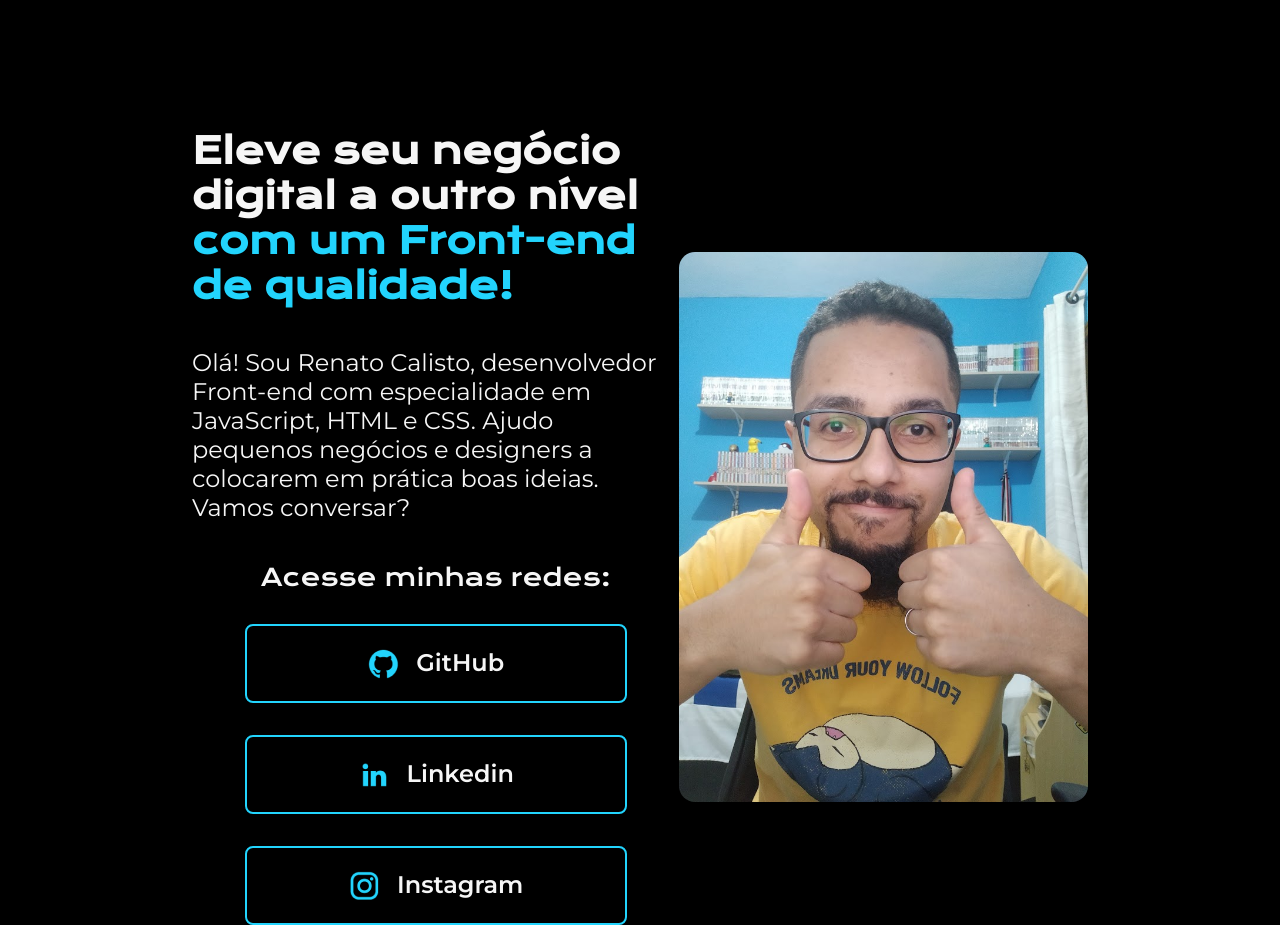
Repository: RenatoCCS/Portfolio_Alura
Page: index.html
An editor plug-in stored every save of this project. The page is shown before and after the next save, followed by the edit.
The browser window is 1280 px wide. The pictures show the whole page.

Above is the page before, as saved 2023-02-28 20:20:11.

After the next save:
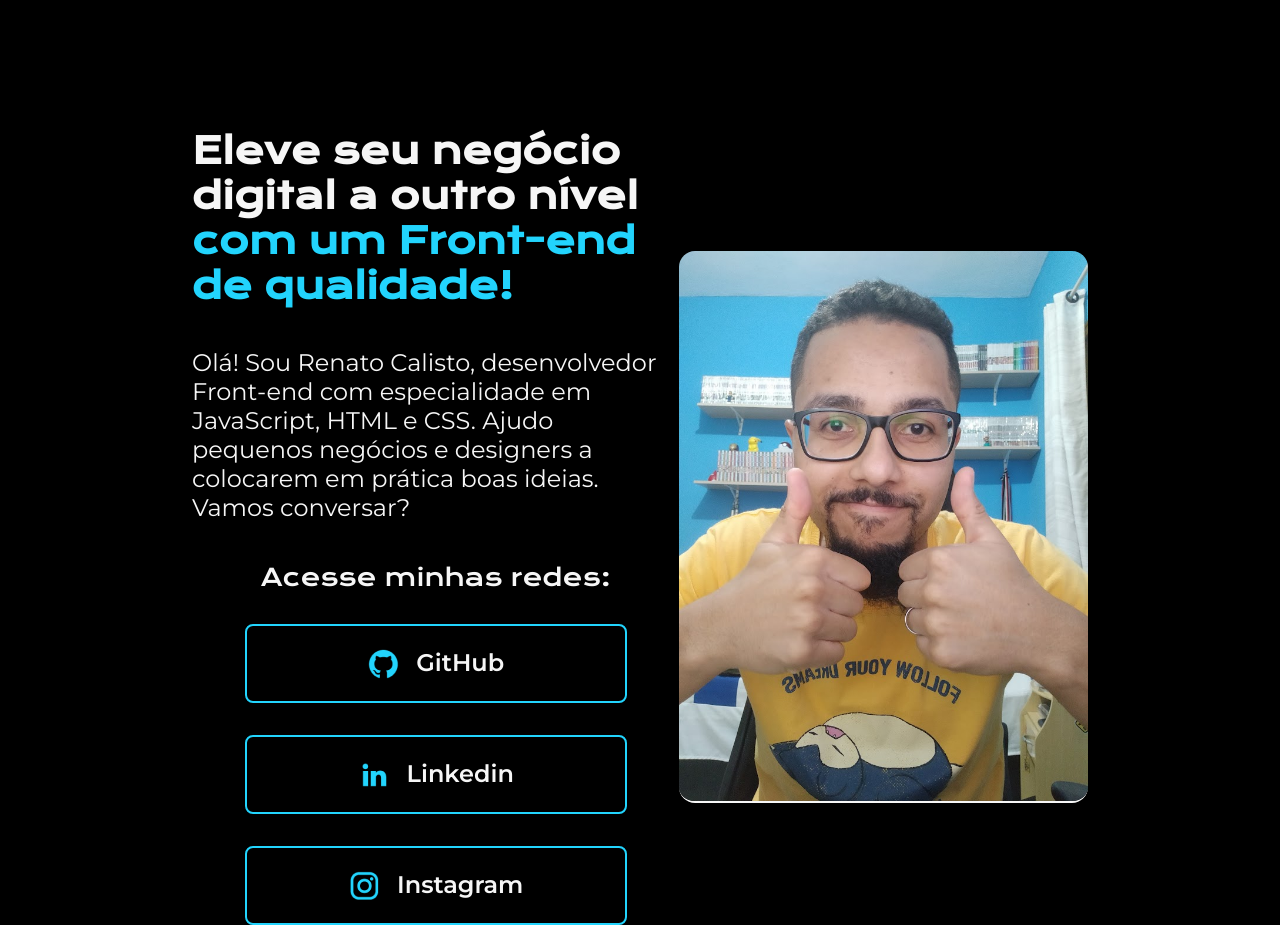
Saved 3 min 54 s later.
--- a/style.css
+++ b/style.css
@@ -83,3 +83,13 @@ body {
   top: 253px;
   border-radius: 16px;
 }
+
+.apresentacao__foto {
+  background-color: #272727;
+  border-top: none;
+  border-left: none;
+  border-right: none;
+  border-bottom: 2px solid #f6f6f6;
+  transition-delay: 0.2s;
+  transition: 0.5s;
+}

After the save that followed:
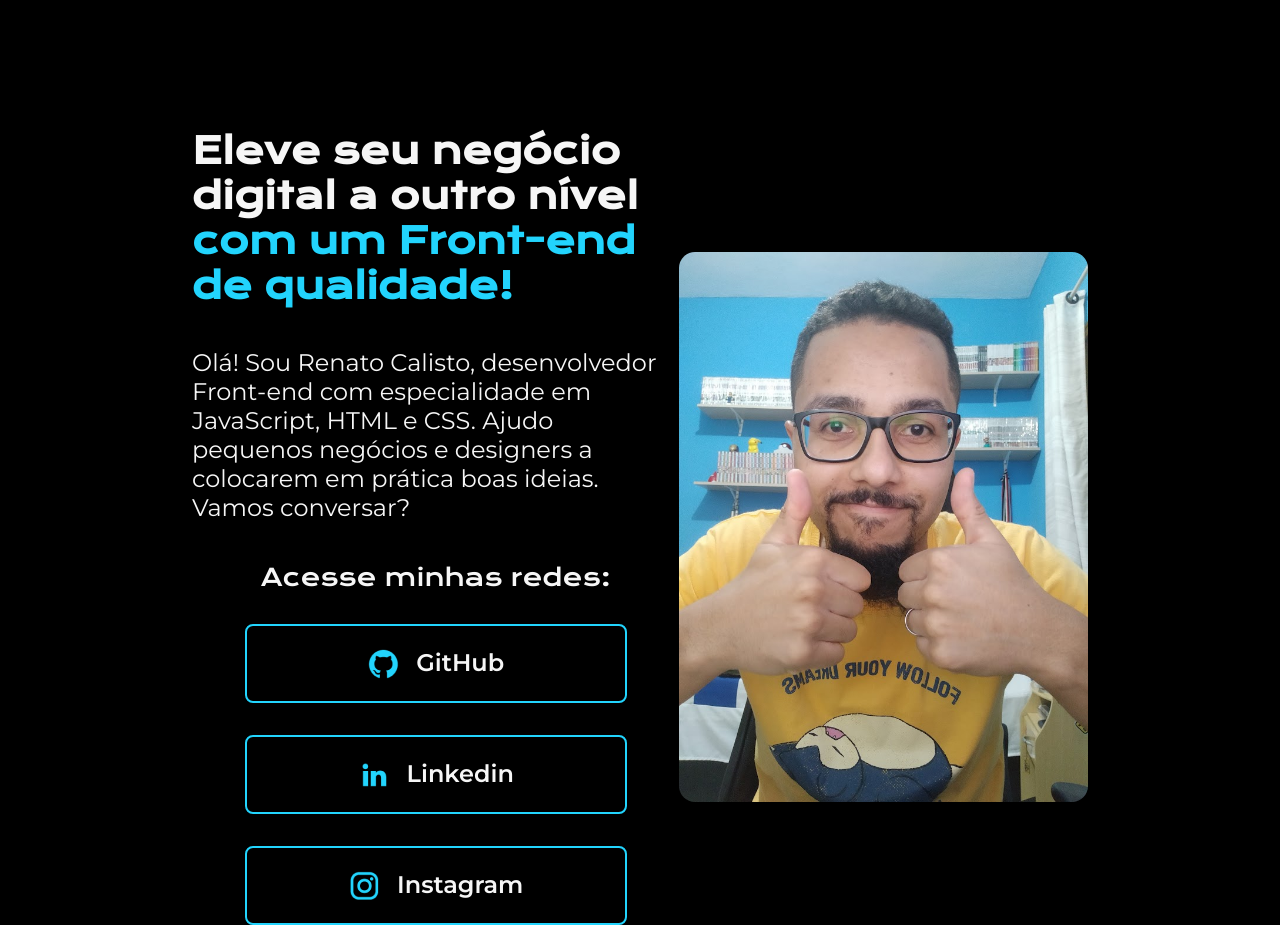
Saved 38 s later.
--- a/style.css
+++ b/style.css
@@ -84,7 +84,7 @@ body {
   border-radius: 16px;
 }
 
-.apresentacao__foto {
+.presentacao__links__link {
   background-color: #272727;
   border-top: none;
   border-left: none;
